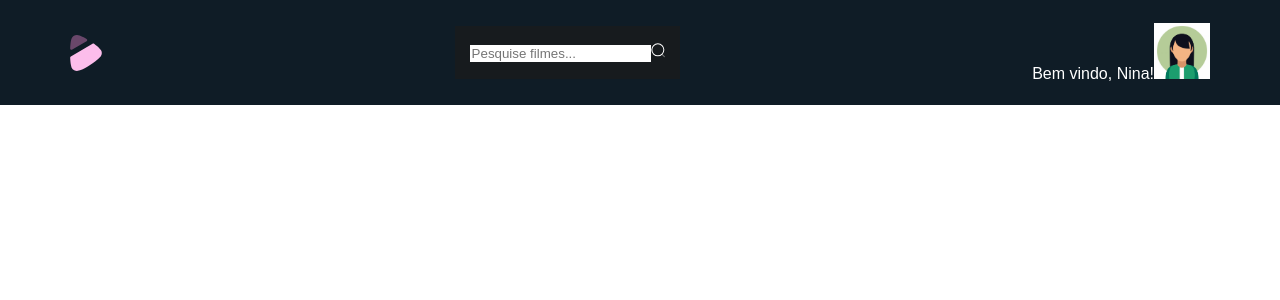
Repository: MilenaMelo/Cubos-Flix
Page: / (app in cubos-flix/)
An editor plug-in stored every save of this project. The page is shown before and after the next save, followed by the edit.
The browser window is 1280 px wide. The pictures show the whole page.
The project was rebuilt for these pictures with package versions that can differ from the ones it lists, and the page was loaded fresh each time.

Above is the page before, as saved 2021-06-19 12:55:39.

### cubos-flix/public/index.html
<!DOCTYPE html>
<html lang="en">
  <head>
    <meta charset="utf-8" />
    <link rel="icon" href="%PUBLIC_URL%/favicon.ico" />
    <meta name="viewport" content="width=device-width, initial-scale=1" />
    <meta name="theme-color" content="#000000" />
    <meta
      name="description"
      content="Web site created using create-react-app"
    />
    <link rel="apple-touch-icon" href="%PUBLIC_URL%/logo192.png" />
    <link rel="manifest" href="%PUBLIC_URL%/manifest.json" />
    <title>Cubos Flix</title>
  </head>
  <body>
    <noscript>You need to enable JavaScript to run this app.</noscript>
    <div id="root"></div>

  </body>
</html>

### cubos-flix/src/App.js
import './App.css';
import Navbar from './components/Navbar';

function App() {
  return (
    <div className="app">
      <header>
        <Navbar/>
      </header>
    </div>
  );
}

export default App;

### cubos-flix/src/App.css
* {
    margin: 0px;
    font-family: Manrope, sans-serif;
    color: white;
}

.app {
    background-color: #1d2226;
}

### cubos-flix/src/components/Navbar/index.js
import './style.css'
import logo from '../../assets/images/logo.svg'
import search_icon from '../../assets/images/search-icon.svg'
import profile_img from '../../assets/images/profile.jpg'


function Navbar() {
    return (
        <header className='navbar'>
            <img src={logo} alt="logo"/>
            <div className='search-container'>
                <input className='search-input' type="text" name="Pesquisa" placeholder="Pesquise filmes..."/>
                <img src={search_icon} alt="Input de pesquisa"/>
            </div>
            <div className='profile-container'>
                <span>Bem vindo, Nina!</span>
                <img className='profile-img' src={profile_img} alt="Foto de perfil"/>
            </div>
        </header>
    );
}

export default Navbar;

### cubos-flix/src/components/Navbar/style.css
.navbar {
    height: 105px;
    display: flex;
    align-items: center;
    justify-content: space-between;
    padding: 0px 70px;
    background-color: #0f1c26;
}

.search-container {
    padding: 16px 14px;
    outline: 0;
    background: #171b1e;
    border: 1px solid transparent;
}

.search-input {
    border: none;
}

.profile-img {
    height: 56px;
}

Loaded but not shown: cubos-flix/src/index.js (common file)

After the next save:
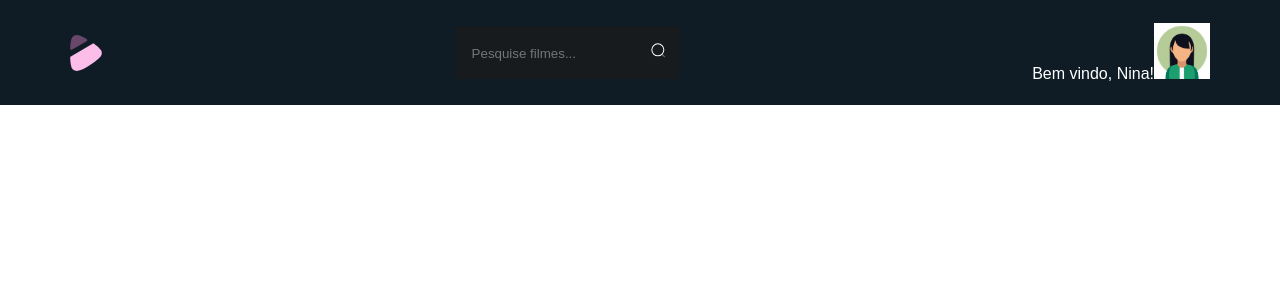
Saved 11 s later.
--- a/cubos-flix/src/components/Navbar/style.css
+++ b/cubos-flix/src/components/Navbar/style.css
@@ -16,6 +16,7 @@
 
 .search-input {
     border: none;
+    background: #171b1e;
 }
 
 .profile-img {
